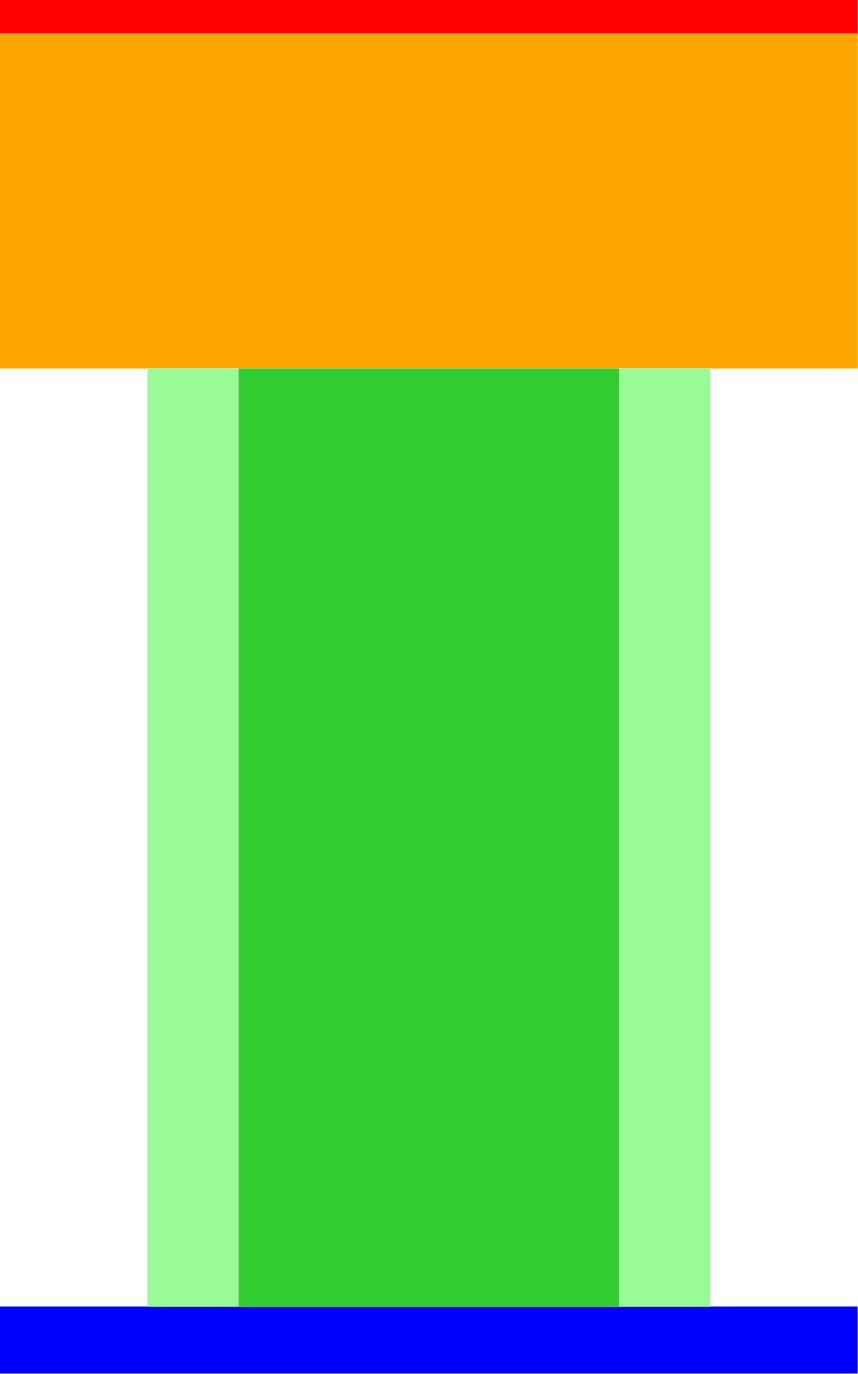
Repository: 39506KK/ALL
Page: caravan/chapter4.html
The author's editor kept a record of every edit. The page is drawn from the files as they stood at one moment, then again after the next edit.
The browser window is 1280 px wide. The pictures show the whole page, at 67% of full size.

Above is the page before.

### caravan/chapter4.html
<!DOCTYPE html>
<html lang="ja">

  <head>

    <meta charset="UTF-8" />
    <!-- CSSファイルの読み込み -->
    <link rel="stylesheet" href="chapter4.css" />
    <title> 4章演習問題</title>

  </head>

  <body>
    <!-- header用のdiv -->
    <div class="header">
    </div>

    <!-- main-visual用のdiv -->
    <div class="main-visual">
    </div>

    <!-- main用のdiv -->
    <div class="main">
      <div class="sidebar"></div>
      <div class="blog"></div>
      <div class="sidebar"></div>
    </div>

    <!-- footer用のdiv -->
    <div class="footer"></div>

  </body>





</html>

### caravan/chapter4.css
/* ブラウザがそれぞれ持っているCSSをリセットするための記述 */
* {
  margin: 0;
  padding: 0;
  box-sizing: border-box;
}

.header {
  width: 100%; /* 横幅いっぱい */
  height: 50px; /* 高さ50px */
  background-color: red; /* 背景色red */
}

.main-visual {
  width: 100%; /* 横幅いっぱい */
  height: 500px; /* 高さ500px */
  background-color: orange; /* 背景色orange */
}

.main {
  width: 840px; /* 横幅840px */
  /* background-color, heightの指定を解除 */

  display: flex; /* Flexboxの利用 */
  justify-content: center; /* 子要素の横並び・中央寄せ */
  margin: 0 auto; /* 中央寄せ(左右に余白がないとできない)　*/
}

.blog {
  width: 960px; /* 横幅960px */
  height: 1400px; /* 高さ1400px */
  background-color: limegreen; /* 背景色limegreen */
}

.sidebar {
  width: 230px; /* 横幅230px */
  height: 1400px; /* 高さ1400px */
  background-color: palegreen; /* 背景色palegreen */
  margin: 0 auto;
}

.footer {
  width: 100%; /* 横幅いっぱい */
  height: 100px; /* 高さ100px */
  background-color: blue; /* 背景色blue */
}

After the next edit:
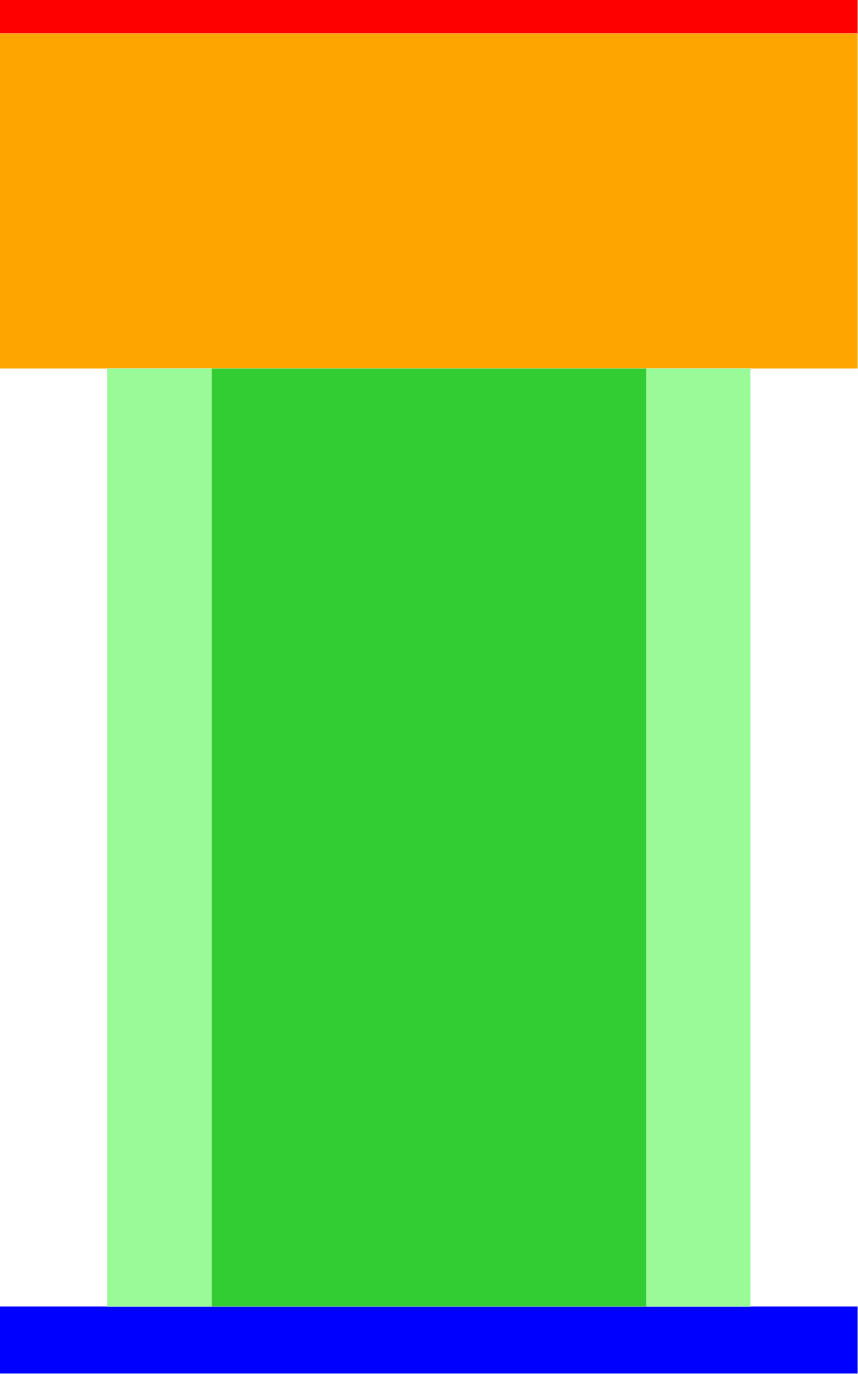
The edit:
--- a/caravan/chapter4.css
+++ b/caravan/chapter4.css
@@ -18,7 +18,7 @@
 }
 
 .main {
-  width: 840px; /* 横幅840px */
+  width: 960px; /* 横幅960px */
   /* background-color, heightの指定を解除 */
 
   display: flex; /* Flexboxの利用 */
